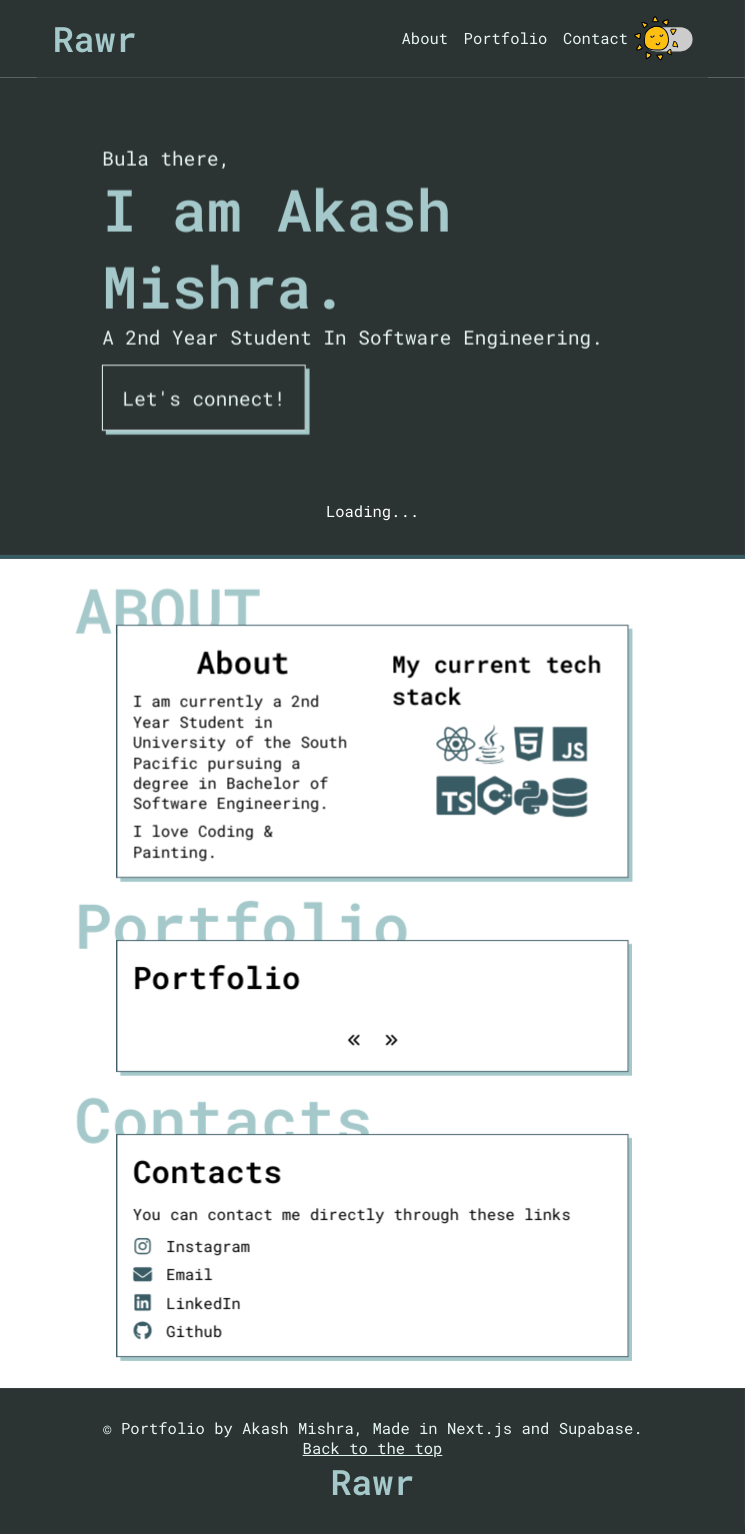
Repository: akashrawr/personal-portfolio
Page: /
An editor plug-in stored every save of this project. The page is shown before and after the next save, followed by the edit.
The browser window is 768 px wide. The pictures show the whole page, at 97% of full size.
The page's requests for data from a server got no answer. The project was rebuilt for these pictures with package versions that can differ from the ones it lists, and the page was loaded fresh each time. The framework's server and built-in components were replaced by stand-ins that run in the browser. No one was signed in, and anything a server would have sent is missing. Also part of the build but not shown: next.config.ts.

Above is the page before, as saved 2025-01-03 20:30:54.

After the next save:
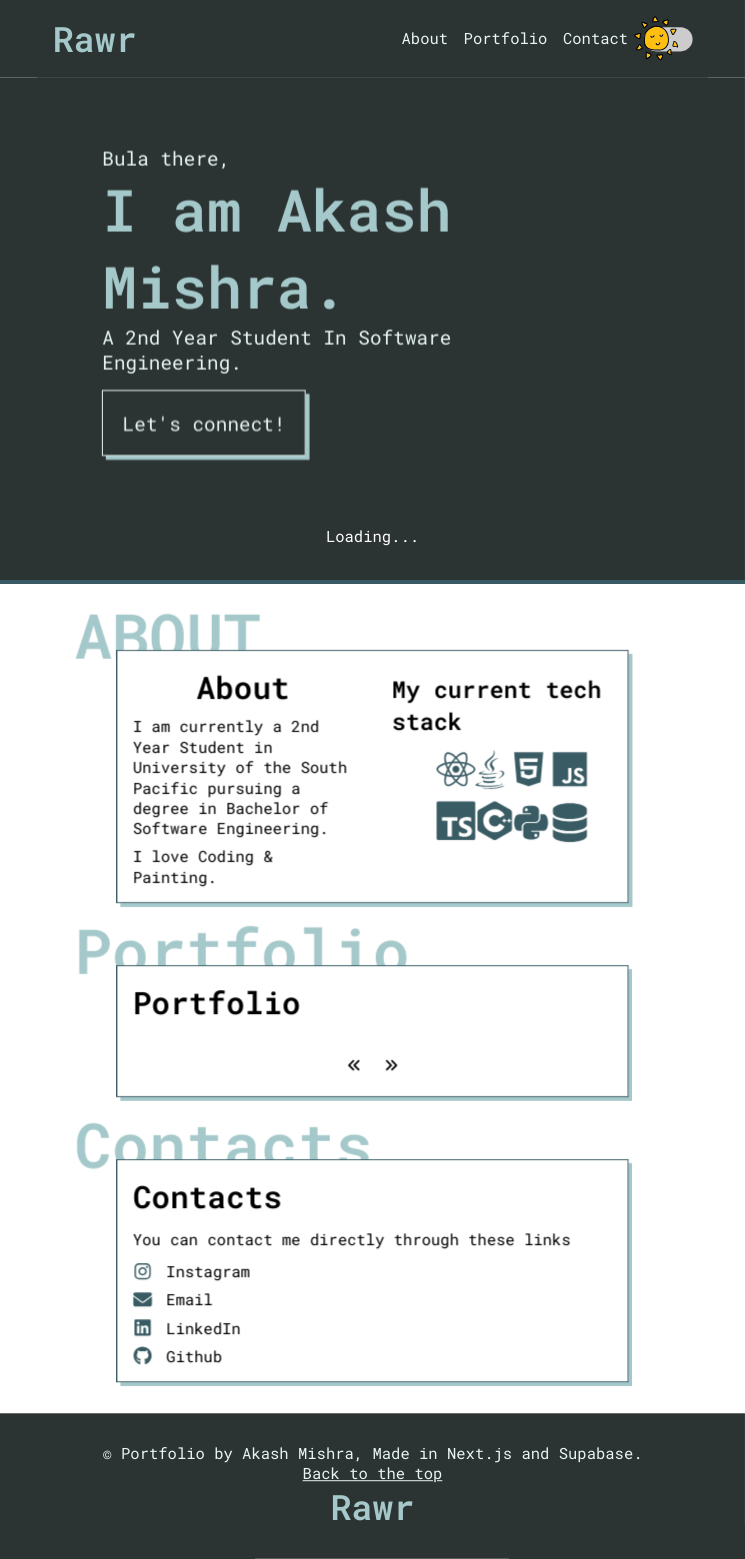
Saved 46 s later.
--- a/app/globals.css
+++ b/app/globals.css
@@ -306,16 +306,14 @@
   .hero-img {
     margin-top: 20px;
   }
-  .hero-container, .hero-image {
+.hero-image {
     max-width: 75%;
     height: auto;
   }
-  .hero-container{
-    max-width: 95%;
-    height: auto;
-  }
   .hero-text-container {
     text-align: left;
+    max-width: 75%;
+    height: auto;
   }
 
 

After the save that followed:
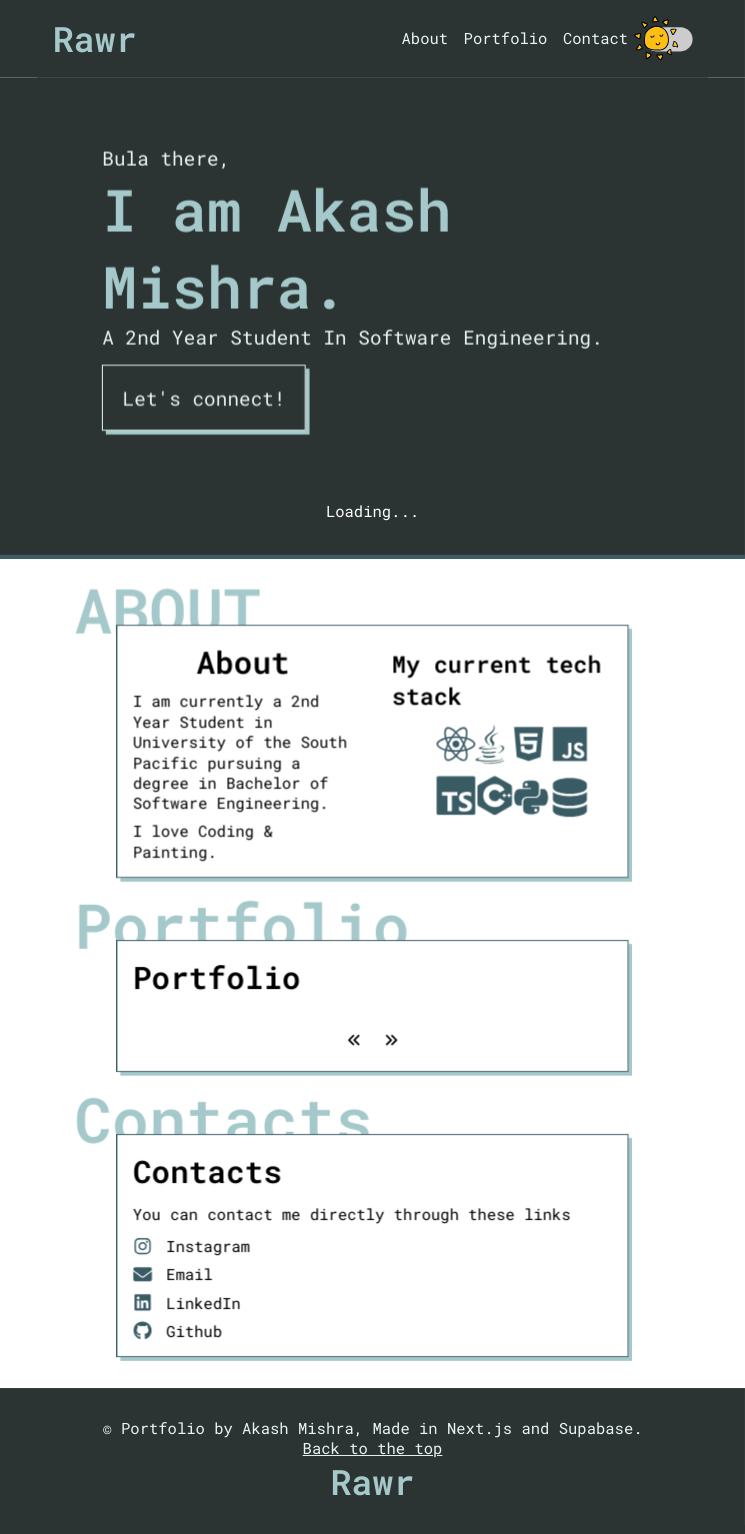
Saved 11 s later.
--- a/app/globals.css
+++ b/app/globals.css
@@ -312,7 +312,7 @@
   }
   .hero-text-container {
     text-align: left;
-    max-width: 75%;
+    max-width: 205%;
     height: auto;
   }
 
